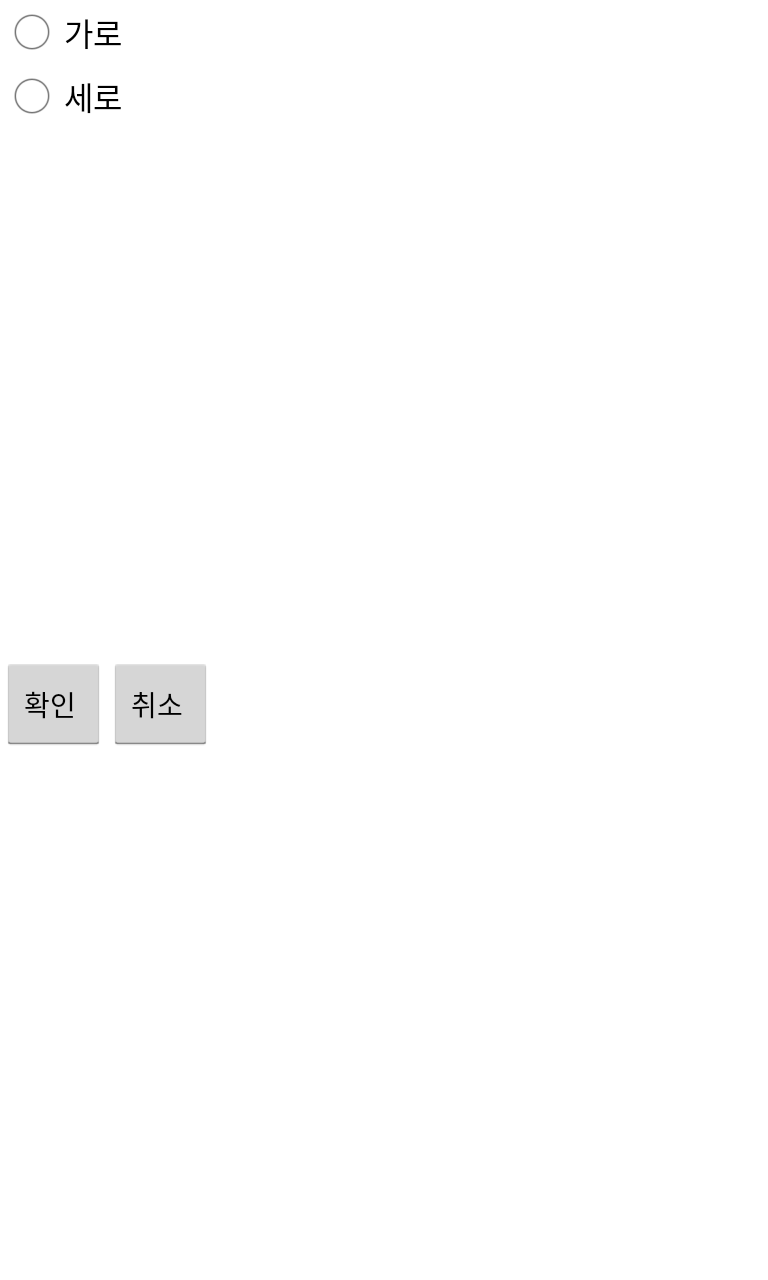
Repository: mewards/Android_Study
Layout: hw/wooil/hw3/res/layout/dialog.xml
These files come from the project's save history. The layout is drawn as it stood at one moment and after the next save; the edit follows.
It is drawn on a 768 x 1280 px phone screen (xhdpi) without system bars, with theme AppTheme; the app's code is not run.

Above is the layout before, as saved 2014-03-01 07:38:17.

After the next save:
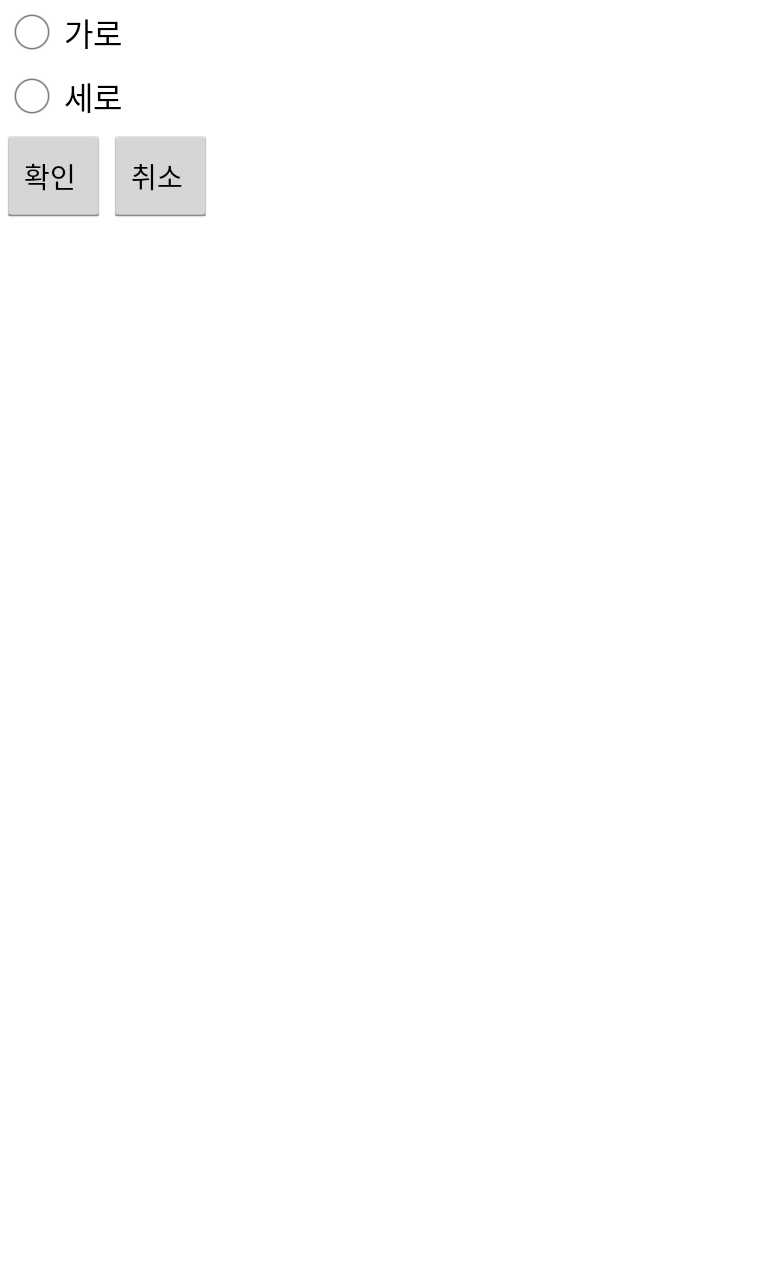
Saved 9 s later.
--- a/hw/wooil/hw3/res/layout/dialog.xml
+++ b/hw/wooil/hw3/res/layout/dialog.xml
@@ -26,7 +26,6 @@
             style="?android:attr/buttonStyleSmall"
             android:layout_width="wrap_content"
             android:layout_height="wrap_content"
-            android:layout_gravity="center"
             android:text="확인 " />
 
         <Button
@@ -34,7 +33,6 @@
             style="?android:attr/buttonStyleSmall"
             android:layout_width="wrap_content"
             android:layout_height="wrap_content"
-            android:layout_gravity="center"
             android:text="취소 " />
     </LinearLayout>
 
